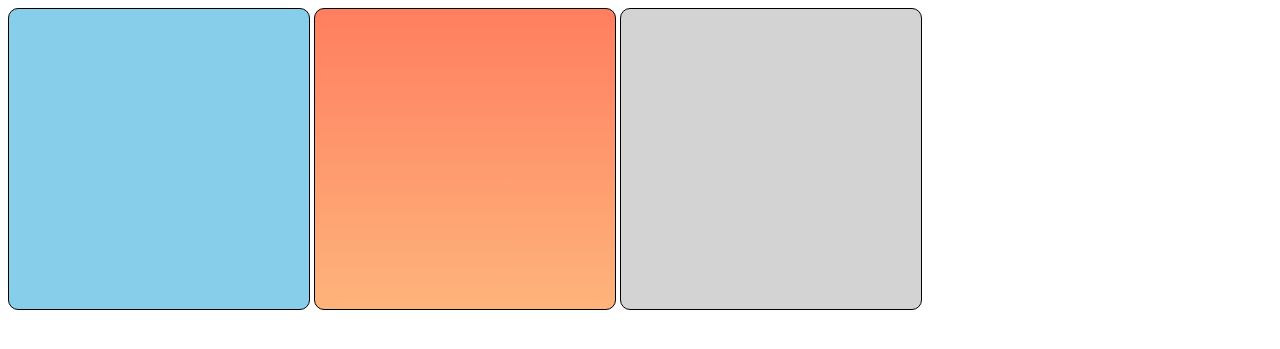
Repository: Iamjordana/html-css
Page: Html Css/Exercicios/ex22/fundo01.html
These files come from the project's save history. The page is drawn as it stood at one moment and after a run of saves; the edit follows.
The browser window is 1280 px wide. The pictures show the whole page.

Above is the page before, as saved 2025-04-11 13:34:56.

After the next 2 saves:
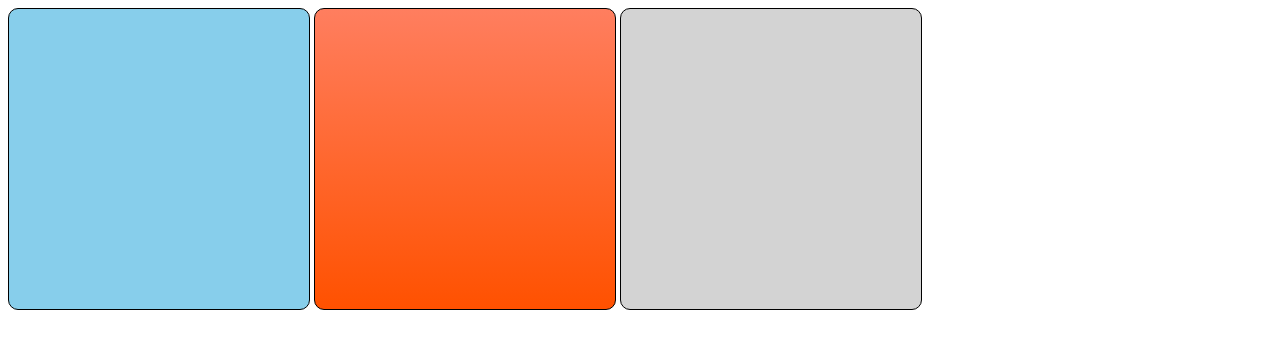
The 2 saves are shown as one change because they came seconds apart.
The last was saved 8 s later.
--- a/Html Css/Exercicios/ex22/fundo01.html
+++ b/Html Css/Exercicios/ex22/fundo01.html
@@ -19,7 +19,7 @@
             background-color: skyblue;
         }
         div#q2{
-            background-image: linear-gradient(to bottom, #ff7e5f, #feb47b);
+            background-image: linear-gradient(to bottom, #ff7e5f, #ff5100);
         }
         div#q3{
 
